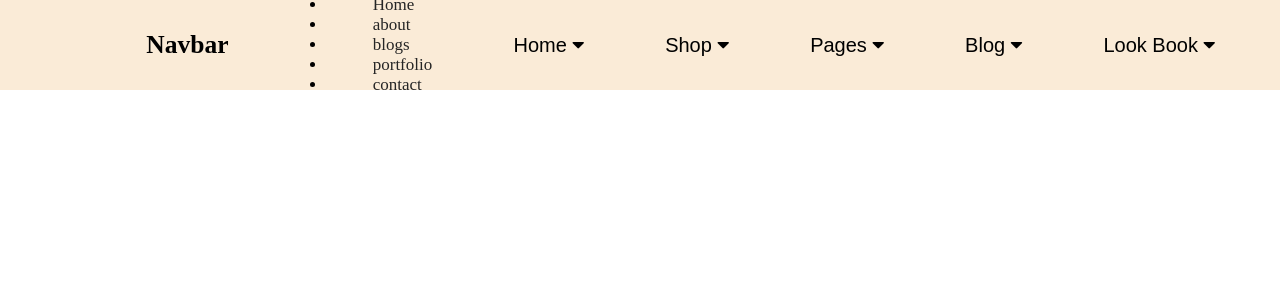
Repository: MorgunovaAlexandra/beauti
Page: index.html
These files come from the project's save history. The page is drawn as it stood at one moment and after a run of saves; the edit follows.
The browser window is 1280 px wide. The pictures show the whole page.

Above is the page before, as saved 2022-08-24 13:51:39.

After the next 3 saves:
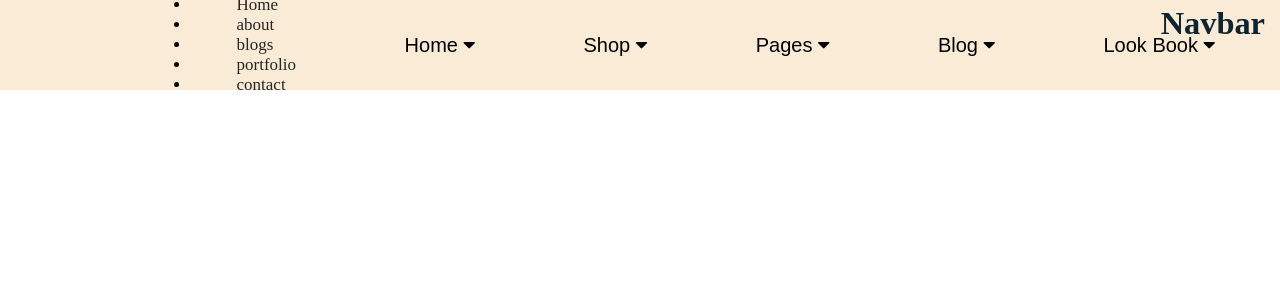
The 3 saves are shown as one change because they came seconds apart.
The last was saved 10 s later.
--- a/style.css
+++ b/style.css
@@ -105,4 +105,86 @@ a{
 .dropdown:hover .dropdown-content {
     display: block;
 }
-/**/
+/*=======humburger=======*/
+.nav-container .hamburger-lines {
+    display: block;
+    height: 26px;
+    width: 32px;
+    position: absolute;
+    top: 17px;
+    left: 20px;
+    z-index: 2;
+    display: flex;
+    flex-direction: column;
+    justify-content: space-between;
+  }
+
+  .nav-container .hamburger-lines .line {
+    display: block;
+    height: 4px;
+    width: 100%;
+    border-radius: 10px;
+    background: #0e2431;
+  }
+
+  .nav-container .hamburger-lines .line1 {
+    transform-origin: 0% 0%;
+    transition: transform 0.4s ease-in-out;
+  }
+
+  .nav-container .hamburger-lines .line2 {
+    transition: transform 0.2s ease-in-out;
+  }
+
+  .nav-container .hamburger-lines .line3 {
+    transform-origin: 0% 100%;
+    transition: transform 0.4s ease-in-out;
+  }
+
+  .navbar .menu-items {
+    padding-top: 120px;
+    box-shadow: inset 0 0 2000px rgba(255, 255, 255, .5);
+    height: 100vh;
+    width: 100%;
+    transform: translate(-150%);
+    display: flex;
+    flex-direction: column;
+    margin-left: -40px;
+    padding-left: 50px;
+    transition: transform 0.5s ease-in-out;
+    text-align: center;
+  }
+
+  .navbar .menu-items li {
+    margin-bottom: 1.2rem;
+    font-size: 1.5rem;
+    font-weight: 500;
+  }
+
+  .logo {
+    position: absolute;
+    top: 5px;
+    right: 15px;
+    font-size: 1.2rem;
+    color: #0e2431;
+  }
+
+  .nav-container input[type="checkbox"]:checked ~ .menu-items {
+    transform: translateX(0);
+  }
+
+  .nav-container input[type="checkbox"]:checked ~ .hamburger-lines .line1 {
+    transform: rotate(45deg);
+  }
+
+  .nav-container input[type="checkbox"]:checked ~ .hamburger-lines .line2 {
+    transform: scaleY(0);
+  }
+
+  .nav-container input[type="checkbox"]:checked ~ .hamburger-lines .line3 {
+    transform: rotate(-45deg);
+  }
+
+  .nav-container input[type="checkbox"]:checked ~ .logo{
+    display: none;
+  }
